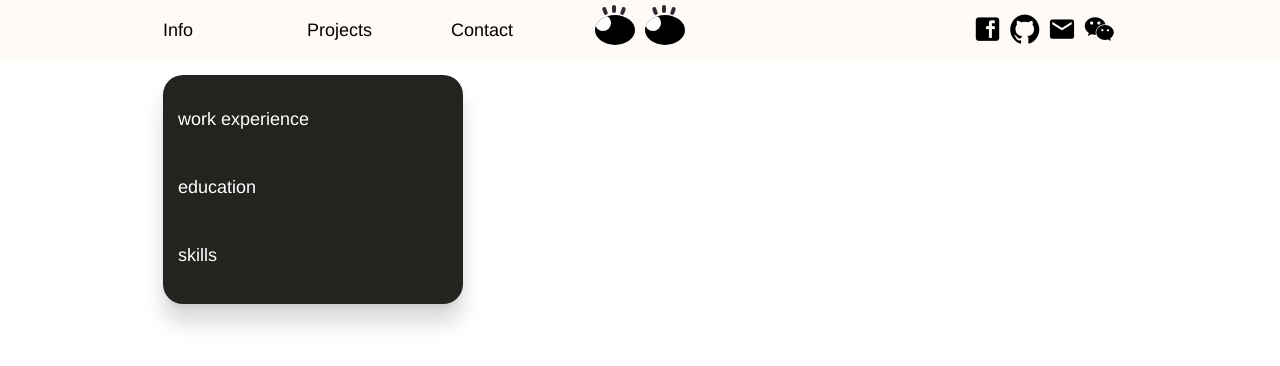
Repository: jinghuai8092/personal_website
Page: /
These files come from the project's save history. The page is drawn as it stood at one moment and after the next save; the edit follows.
The browser window is 1280 px wide. The pictures show the whole page.
The project was rebuilt for these pictures with package versions that can differ from the ones it lists, and the page was loaded fresh each time.

Above is the page before, as saved 2021-09-09 22:38:03.

After the next save:
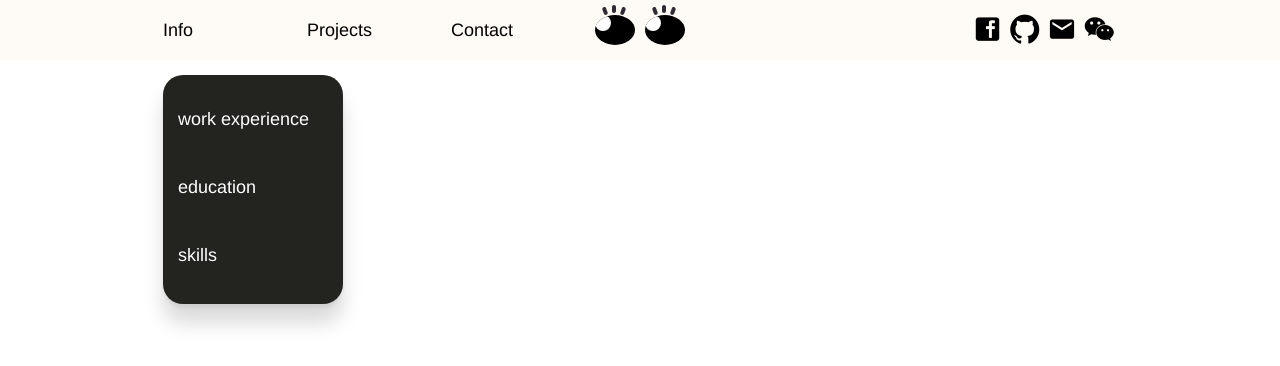
Saved 24 s later.
--- a/src/common/header/header.module.css
+++ b/src/common/header/header.module.css
@@ -89,7 +89,7 @@
     background: #232320;
     box-shadow: 0 4px 4px rgb(0 0 0 / 6%), 0 19px 20px rgb(0 0 0 / 15%);
     border-radius: 20px;
-    min-width: 15em;
+    min-width: 150px;
 }
 .infoMenu>ul>li{
     padding: 4px 0;
